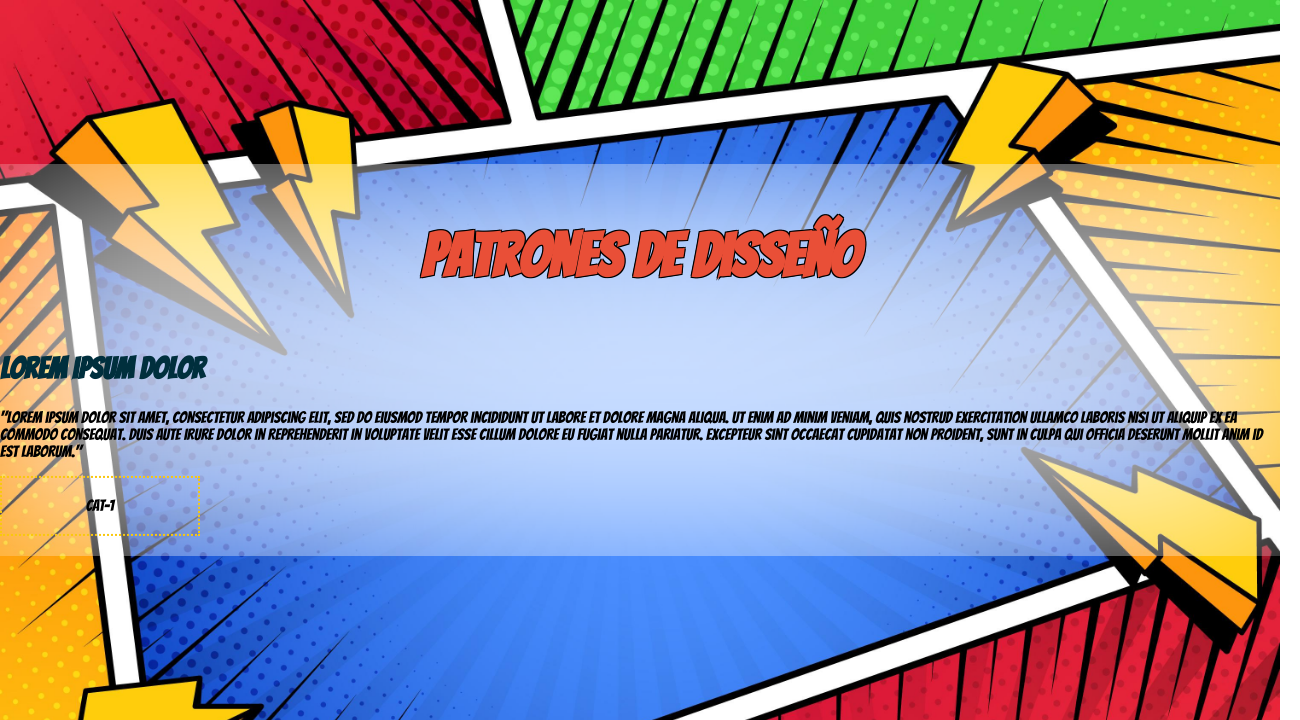
Repository: nrsWebs/design-pattern-es
Page: index.html
The author's editor kept a copy of each file at every save. The page is drawn from the files as they stood at one save, then again after the next save.
The browser window is 1280 px wide. The page is 1300 px wide, so the pictures cover 1300 px, including what lies to the right of the window. The pictures show the whole page.

Above is the page before, as saved 2021-02-06 20:03:13.

After the next save:
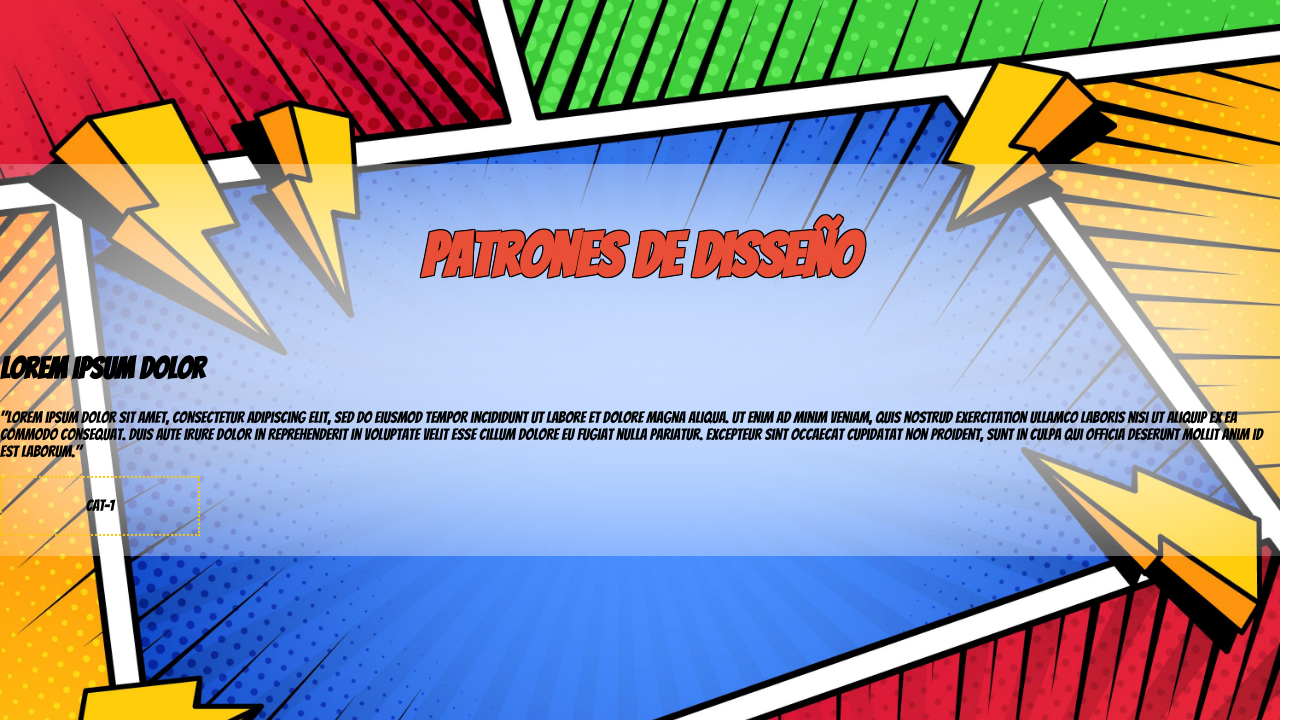
Saved 55 s later.
--- a/source/main.css
+++ b/source/main.css
@@ -1,7 +1,8 @@
 :root {
     --main: #000;
     --secondary:  #E94F37;
-    --auxiliar: #002F3D;
+    /* --auxiliar: #002F3D; */
+    --auxiliar: F9C80E;
     --button: #F9C80E;
 }
 body .hidden-container{
